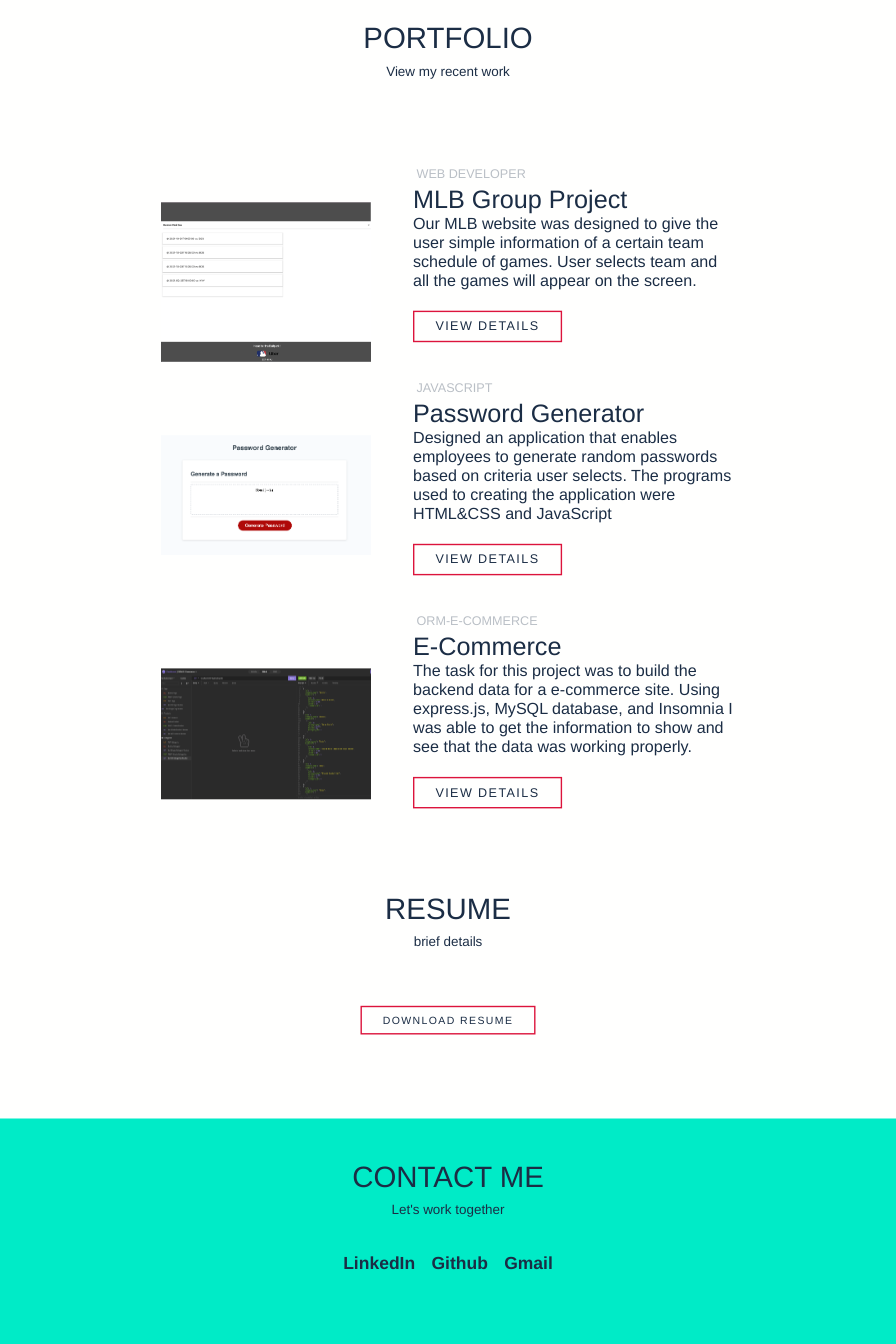
Repository: jb150524/JB-Portfolio
Page: index.html
An editor plug-in stored every save of this project. The page is shown before and after the next save, followed by the edit.
The browser window is 1280 px wide. The pictures show the part of the page from y = 2327 to 4247 px (the page is 4394 px tall), at 70% of full size.
Some web libraries are served in a nearby version.

Above is the page before, as saved 2021-09-25 21:41:40.

After the next save:
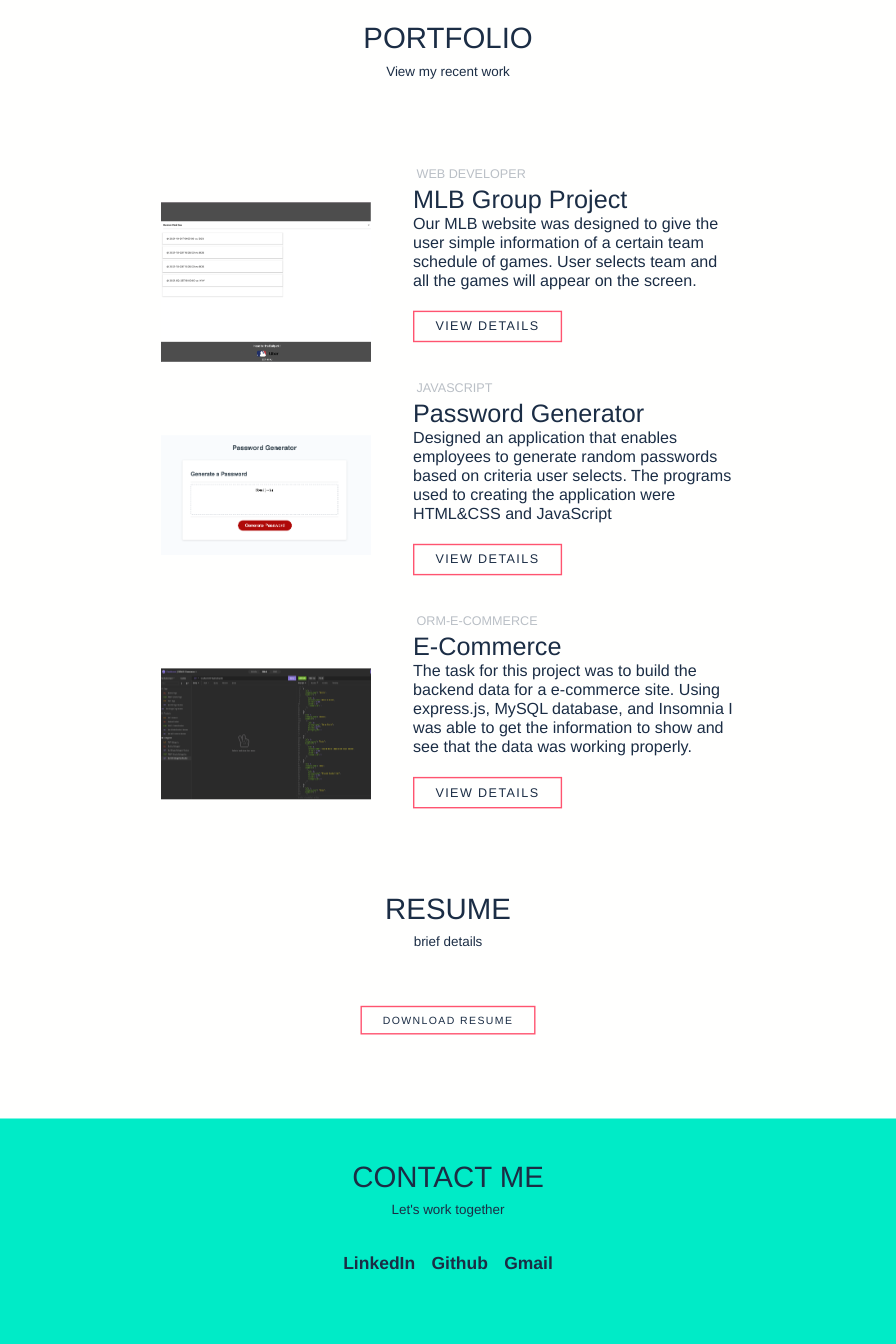
Saved 12 min 13 s later.
--- a/style.css
+++ b/style.css
@@ -38,7 +38,7 @@ a {
     padding: 10px 30px;
     color: #1b2d45;
     background-color: transparent;
-    border: 2px solid crimson;
+    border: 2px solid #ff5470;
     font-size: 15px;
     text-transform: uppercase;
     letter-spacing: 2px;
